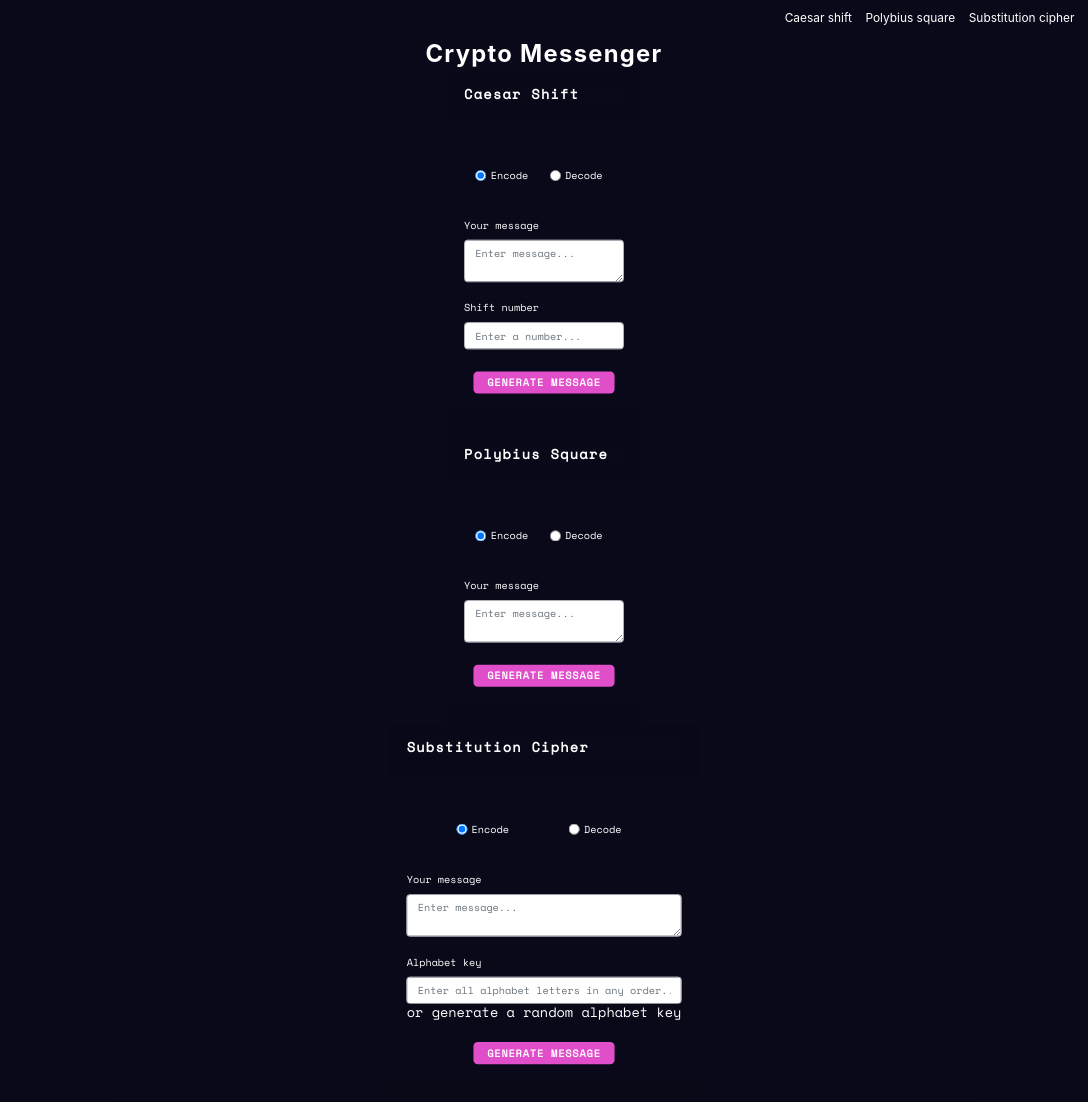
Repository: Rthompson2548/Project-Decoder-Ring
Page: index.html
The author's editor kept a copy of each file at every save. The page is drawn from the files as they stood at one save, then again after the next save.
The browser window is 1280 px wide. The pictures show the whole page, at 85% of full size.

Above is the page before, as saved 2022-04-09 20:07:51.

### index.html
<!DOCTYPE html>
<html lang="en">

<head>
  <!-- Required meta tags -->
  <meta charset="utf-8" />
  <meta name="viewport" content="width=device-width, initial-scale=1, shrink-to-fit=no" />
  <link rel="icon" href="images/favicon.ico" />
  <link rel="stylesheet" type="text/css" href="index.css" />
  <link rel="stylesheet" href="https://stackpath.bootstrapcdn.com/bootstrap/4.5.2/css/bootstrap.min.css"
    integrity="sha384-JcKb8q3iqJ61gNV9KGb8thSsNjpSL0n8PARn9HuZOnIxN0hoP+VmmDGMN5t9UJ0Z" crossorigin="anonymous" />
<link rel="preconnect" href="https://fonts.googleapis.com">
<link rel="preconnect" href="https://fonts.gstatic.com" crossorigin>
<link href="https://fonts.googleapis.com/css2?family=Space+Mono&display=swap" rel="stylesheet">
  <title>Crypto-Messenger</title>
</head>

<body>
  <header class="container-fluid border-0">
    <div class="nav-bar fixed-top">
      <div class="nav-bar">
        <a href="#caesar-shift"> <span class="nav-bar-item">
            Caesar shift
          </span> </a>
          <a href="#polybius-square"> <span class="nav-bar-item">
            Polybius square
          </span> </a>
          <a href="#substitution-cipher"> <span class="nav-bar-item">
            Substitution cipher
          </span> </a>
      </div>
    </div>
  </header>
  <main>
    <div class="header">
      <span class="page-title">
        Crypto Messenger
      </span>
      <!-- <p>Use ciphers to encode & decode messages</p> -->
      </div>

    <div class="page-content">
      <!-- Caesar Shift -->
      <section class="language-card">
        <div id="caesar-shift">
          <div class="card-header">
            <h2 class="language-card-title">Caesar Shift</h2>
            </div>
            <div class="card-body">
            <!-- <p class="language-card-description"> The Caesar Shift is a type of substitution cipher originally used by
              Julius Caesar to protect messages of military significance. It relies on taking the alphabet and
              "shifting" letters to the right or left, based on the typical alphabetic order. </p> -->
            <form id="caesar">

              <!-- encode/decode radio option buttons -->
              <div class="encode-decode-options">
                <!-- encode option radio button -->
                <div class="form-check form-check-inline">

                  <input
                  class="form-check-input"
                  type="radio"
                  name="caesar-options" id="caesar-options-encode"
                  value="encode"
                  checked
                  />

                  <label
                    class="form-check-label" for="caesar-options-encode">
                      Encode
                  </label>

                </div>

                <!-- decode option radio button -->
                <div class="form-check form-check-inline">

                  <input
                    class="form-check-input"
                    type="radio"
                    name="caesar-options" id="caesar-options-decode"
                    value="decode" />

                  <label
                    class="form-check-label"
                    for="caesar-options-decode">
                      Decode
                  </label>

                </div>
              </div>


              <div class="form-group">
                <label for="caesar-input">Your message</label>
                <textarea class="form-control" id="caesar-input" rows="2" placeholder="Enter message..."></textarea>
                </div>
                <div class="form-group">
                  <label for="caesar-shift">Shift number</label>
                  <input type="number" class="form-control" id="caesar-shift" placeholder="Enter a number..." />
                </div>
              <div class="submit-button-container">
                <button class="submit-button" type="submit">GENERATE MESSAGE</button>
              </div>
            </form>
            </div>
          <div id="caesar-alert" class="alert alert-danger d-none" role="alert"> Something went wrong! Check your input
            and the shift amount and try again. </div>
          <div class="card-footer"><span class="font-weight-bold" id="caesar-output"></span> </div>
          </div>
          </section>
      <!-- Polybius -->
      <section class="language-card">
        <div id="polybius-square">
          <div class="card-header">
            <h2 class="language-card-title">Polybius Square</h2>
            </div>
            <div class="card-body">
            <!-- <p class="language-card-description"> The Polybius Square is a cipher that is achieved by arranging a
              typical alphabet into a grid. Each letter is represented through a coordinate. For example, in the above
              table, the letter "B" would be represented by the numerical pair "21". </p> -->
            <form id="polybius">
              <div class="encode-decode-options">
                <div class="form-check form-check-inline">
                  <input class="form-check-input" type="radio" name="polybius-options" id="polybius-options-encode" value="encode"
                    checked />
                  <label class="form-check-label" for="polybius-options-encode">Encode</label>
                </div>
                <div class="form-check form-check-inline">
                  <input class="form-check-input" type="radio" name="polybius-options" id="polybius-options-decode" value="decode" />
                  <label class="form-check-label" for="polybius-options-decode">Decode</label>
                </div>
              </div>
              <div class="form-group">
                <label for="polybius-input">Your message</label>
                <textarea class="form-control" id="polybius-input" rows="2" placeholder="Enter message..."></textarea>
                </div>
              <div class="submit-button-container">
                <button class="submit-button" type="submit">GENERATE MESSAGE</button>
              </div>
            </form>
            </div>
          <div id="polybius-alert" class="alert alert-danger d-none" role="alert"> Something went wrong! Check your
            input and try again. </div>
          <div class="card-footer"><span class="font-weight-bold" id="polybius-output"></span> </div>
          </div>
          </section>
      <!-- Substitution -->
      <section class="language-card" id="substitution-cipher">
        <div>
          <div class="card-header">
            <h2 class="language-card-title">Substitution Cipher</h2>
            </div>
            <div class="card-body">
            <!-- <p class="language-card-description"> The Substitution Cipher requires a standard alphabet and a
              substitution alphabet. Letters from the standard alphabet will be transposed to the standard alphabet.
              This cipher requires that the recipient have the substitution alphabet, otherwise it will be difficult for
              them to decode the message. </p> -->
            <form id="substitution">
              <div class="encode-decode-options">
                <div class="form-check form-check-inline">
                  <input class="form-check-input" type="radio" name="substitution-options" id="substitution-options-encode"
                    value="encode" checked />
                  <label class="form-check-label" for="substitution-options-encode">Encode</label>
                </div>
                <div class="form-check form-check-inline">
                  <input class="form-check-input" type="radio" name="substitution-options" id="substitution-options-decode"
                    value="decode" />
                  <label class="form-check-label" for="substitution-options-decode">Decode</label>
                </div>
              </div>
              <div class="form-group">
                <label for="substitution-input">Your message</label>
                <textarea class="form-control" id="substitution-input" rows="2" placeholder="Enter message..."></textarea>
                </div>
                <div class="form-group">
                  <label for="substitution-alphabet">Alphabet key</label>
                  <input type="text" class="form-control" id="substitution-alphabet" maxlength="26"
                    placeholder="Enter all alphabet letters in any order...." />

                    <h6>or generate a random alphabet key</h6>
                </div>
              <div class="submit-button-container">
                <button class="submit-button" type="submit">GENERATE MESSAGE</button>
              </div>
            </form>
            </div>
          <div id="substitution-alert" class="alert alert-danger rounded-0 d-none" role="alert"> Something went wrong!
            Check your input and alphabet key. </div>
          <div class="card-footer border-0"><span class="font-weight-bold" id="substitution-output"></span> </div>
          </div>
          </section>
    </div>

  </main>
  <script src="./scripts/setup.js"></script>
  <script src="./src/caesar.js"></script>
  <script src="./src/polybius.js"></script>
  <script src="./src/substitution.js"></script>
  <script src="./scripts/caesar.js"></script>
  <script src="./scripts/polybius.js"></script>
  <script src="./scripts/substitution.js"></script>
</body>

</html>

### index.css
* {
  background-color: rgb(9 9 25);
  color: #fff;
  margin: 0;
  padding: 0;
}

html, body, #page {
    height:100%;
    width:100%;
    margin:0;
    padding:0;
}

input, textarea {
  font-size: 12px !important;
}

.page-content {
  font-family: 'Space Mono', monospace;
  align-items: center;
  /* width: 750px; */
}

.page-title {
  color: #fff;
  font-size: 28px;
  font-weight: bold;
  display: flex;
  letter-spacing: 1.5px;
  justify-content: center;
  margin-top: 42px;
}

.nav-bar {
  display: flex;
  justify-content: center;
  padding: 4px 0;
}

.nav-bar-item {
  font-size: 14px;
  margin-right: 16px;
}

.header {
  display: flex;
  justify-content: center;
}

.encode-decode-options {
  display: flex;
  justify-content: space-evenly;
  margin: 36px 0;
  font-size: 15px;
}

.language-card {
  display: flex;
  justify-content: center !important;
  color: #000;
  border: none;
  border-radius: 8px;
  margin: 0 10%;
}

.language-card-title {
  font-size: 20px;
  font-weight: bold;
  letter-spacing: 1.5px;
  margin-top: 5px;
}

.language-card-description {
  font-size: 14px;
  line-height: 1.5rem;
  letter-spacing: 0.5px;
  margin-bottom: 18px;
}

.submit-button-container {
  display: flex;
  justify-content: center;
}

.submit-button {
  background-color: rgb(225 78 202);
  border: none;
  color: #fff;
  border-radius: 5px;
  padding: 4px 16px;
  margin-top: 10px;
  font-size: 12px;
  letter-spacing: 1px;
  font-weight: bold;
}

@media (min-width: 1000px) {

  .page-content {

  }

  .nav-bar {
    justify-content: end;
  }

  .language-card-title {
    font-size: 16px;
  }

  .language-card-description {
    font-size: 12px;
  }

  label {
    font-size: 12px;
  }
}

### src/caesar.js
const caesarModule = (function() {
    function caesar(input, shift, encode = true) {
        if (!shift || shift === 0 || shift < -25 || shift > 25) return false;
        /* create a variable that takes the input value and converts it to lower case letters so that all characters have the correct ascii values */
        let word = input.toLowerCase().split("");

        /** will subtract the shift value from the word if "decode" to return the original letters of the word */
        if (!encode) shift = 0 - shift;
        // create a variable that maps each letter of the word
        const message = word.map((letter) => {
            let asciiValue = letter.charCodeAt(0) - 97;
            if (asciiValue < 0 || asciiValue > 26) return letter;

            /* add the ascii code value of the letter to the
            shift argument value to convert  it to the right
            character */
            asciiValue += shift;

            /* if the character's value is less than the 'a' value,
            add 26 to it so that it wraps around the alphabet. */
            if (asciiValue < 0) asciiValue += 26;
            asciiValue = asciiValue % 26;

            /* why do we add the ascii value to 97, which is 'a', if
            we already added it's ascii value to shift? Isn't that how
            we encode the message? */

            asciiValue += 97;

            /* user String.fromCharCode to connect the ascii
            code message back to letter values */
            return String.fromCharCode(asciiValue);
        });

        /* join each new character together to create a full word */
        return message.join("");
    }


    return {
        caesar,
    };
})();

module.exports = {
    caesar: caesarModule.caesar
};

### src/substitution.js
const substitutionModule = (function () {
/* helper function for message and both alphabet strings */
    function mapInput(message, alphabetA, alphabetB) {

        /* use the map method on the input message */
        return message.map((letter) => {
            const index = alphabetA.indexOf(letter);
            /* if statement that returns any characters that
             were not found in the string */
            if (index === -1) return letter;
            return alphabetB[index];
        });
    }

  function substitution(input, alphabet, encode = true) {
        if (!alphabet || alphabet.length != 26) return false;

        /* variable that takes the correct alphabet
        string and returns an array of the letters, separated by a comma */
        const abc = "abcdefghijklmnopqrstuvwxyz".split("");

        /* variable that takes the alphabet argument and
        returns it in lower case, separated by commas */
        const splitAlphabet = alphabet.toLowerCase().split("");

        /* variable that takes the message argument,
        and returns it converted to lower case and separated
        by commas */
        const message = input.toLowerCase().split("");

        /* use a nested for loop to compare the characters
          in the alphabet argument to check for uniqueness */
        for (let i = 0; i < splitAlphabet.length; i++) {
            for (let j = i + 1; j < splitAlphabet.length; j++) {
                if (splitAlphabet[i] === splitAlphabet[j]) return false;
            }
        }

        if (encode) return mapInput(message, abc, splitAlphabet).join("");
        return mapInput(message, splitAlphabet, abc).join("");
}

  return {
    substitution,
  };
})();

module.exports = { substitution: substitutionModule.substitution };

### scripts/caesar.js
function caesarRenderer() {

  const form = document.querySelector("#caesar");

  form.addEventListener("submit", (event) => {
    event.preventDefault();

    /** grabs input value via the textarea's id */
    const input = event.target["caesar-input"].value;

    /** direction will be either "encode" or "decode" */
    const direction = event.target["caesar-options"].value;

    /** grabs the value of the shift number input (aka the number to shift the message by) */
    const shift = event.target["caesar-shift"].value;

    /** sets the value of the shift in integer form */
    const result =
      direction === "encode"
        ? caesarModule.caesar(input, Number(shift))
        : caesarModule.caesar(input, Number(shift), false);

    const alert = document.querySelector("#caesar-alert");

    if (result) {
      alert.classList.add("d-none");
      const output = document.querySelector("#caesar-output");
      output.innerHTML = result;
    } else {
      alert.classList.remove("d-none");
    }
  });
}

document.addEventListener("DOMContentLoaded", caesarRenderer);

### scripts/polybius.js
function polybiusRenderer() {
  const form = document.querySelector("#polybius");
  form.addEventListener("submit", (event) => {
    event.preventDefault();

    const input = event.target["polybius-input"].value;
    const direction = event.target["polybius-options"].value;
    const result =
      direction === "encode"
        ? polybiusModule.polybius(input)
        : polybiusModule.polybius(input, false);

    const alert = document.querySelector("#polybius-alert");
    if (result) {
      alert.classList.add("d-none");
      const output = document.querySelector("#polybius-output");
      output.innerHTML = result;
    } else {
      alert.classList.remove("d-none");
    }
  });
}

document.addEventListener("DOMContentLoaded", polybiusRenderer);

### scripts/substitution.js
function substitutionRenderer() {
  const form = document.querySelector("#substitution");
  form.addEventListener("submit", (event) => {
    event.preventDefault();

    const input = event.target["substitution-input"].value;
    const direction = event.target["substitution-options"].value;
    const alphabet = event.target["substitution-alphabet"].value;
    const result =
      direction === "encode"
        ? substitutionModule.substitution(input, alphabet)
        : substitutionModule.substitution(input, alphabet, false);

    const alert = document.querySelector("#substitution-alert");
    if (result) {
      alert.classList.add("d-none");
      const output = document.querySelector("#substitution-output");
      output.innerHTML = result;
    } else {
      alert.classList.remove("d-none");
    }
  });
}

document.addEventListener("DOMContentLoaded", substitutionRenderer);

Loaded but not shown: scripts/setup.js (common file); src/polybius.js (67 lines, source omitted)

After the next save:
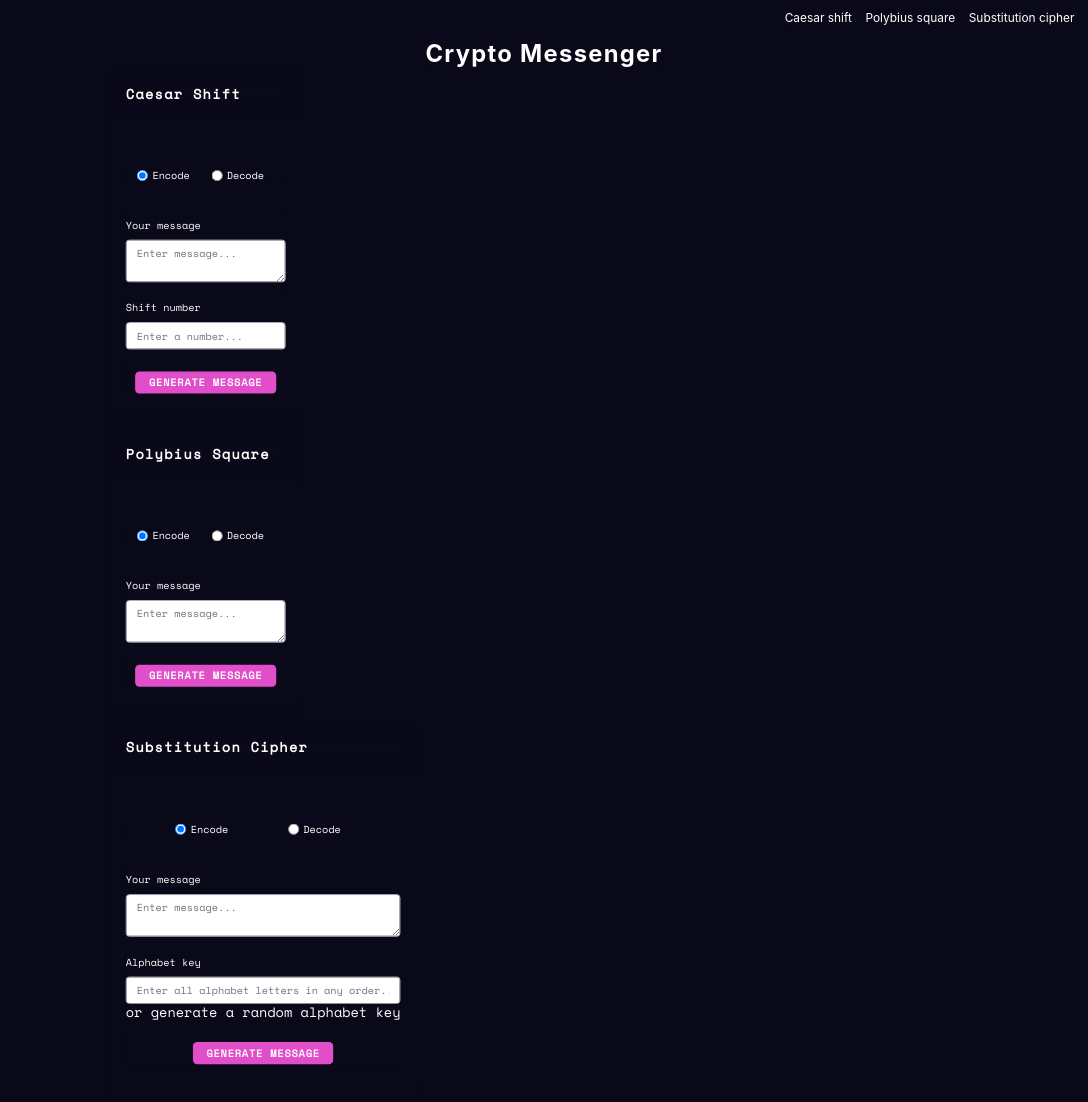
Saved 11 s later.
--- a/index.css
+++ b/index.css
@@ -57,7 +57,7 @@
 
 .language-card {
   display: flex;
-  justify-content: center !important;
+  /* justify-content: center !important; */
   color: #000;
   border: none;
   border-radius: 8px;

After the 2 saves that followed:
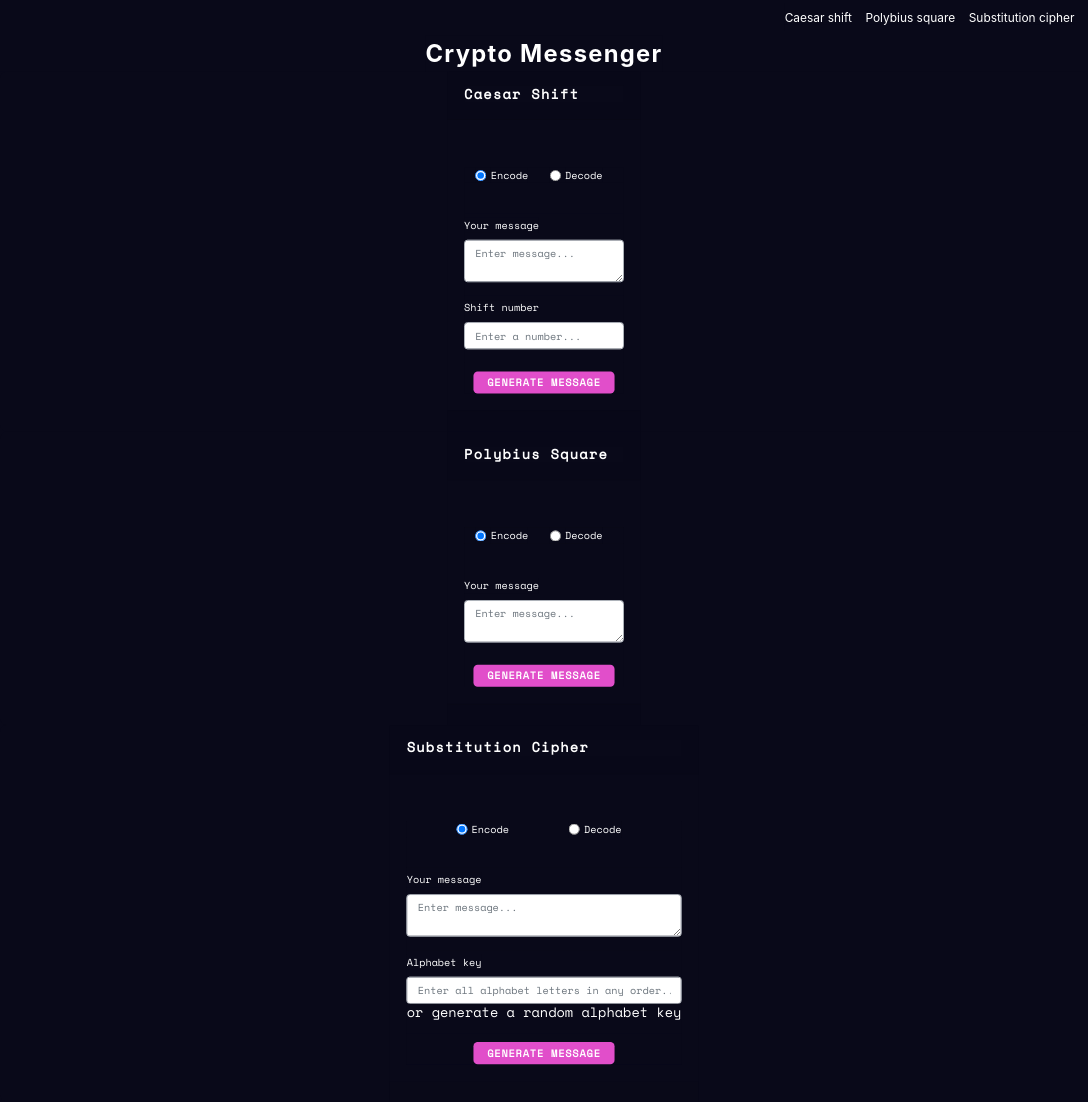
The 2 saves are shown as one change because they came seconds apart.
The last was saved 7 s later.
--- a/index.css
+++ b/index.css
@@ -57,11 +57,11 @@
 
 .language-card {
   display: flex;
-  /* justify-content: center !important; */
+  justify-content: center !important;
   color: #000;
   border: none;
   border-radius: 8px;
-  margin: 0 10%;
+  /* margin: 0 10%; */
 }
 
 .language-card-title {
